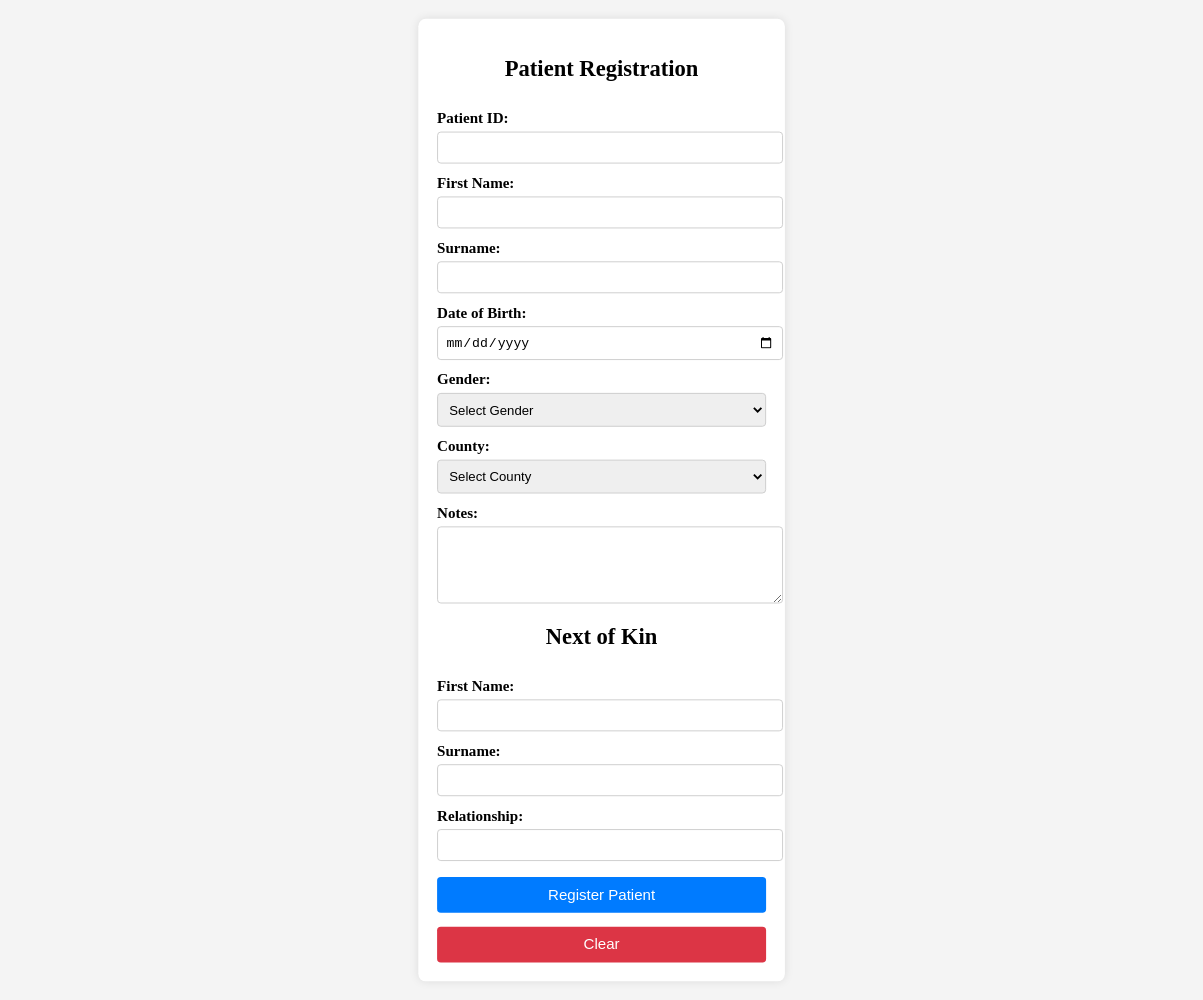
Repository: EphrahimLaanyu123/wsp
Page: Registration.html
An editor plug-in stored every save of this project. The page is shown before and after a run of saves, followed by the edit.
The browser window is 1280 px wide. The pictures show the whole page, at 94% of full size.

Above is the page before, as saved 2025-03-14 08:16:17.

### Registration.html
<!DOCTYPE html>
<html lang="en">
<head>
    <meta charset="UTF-8">
    <meta name="viewport" content="width=device-width, initial-scale=1.0">
    <title>Patient Registration</title>
    <link rel="stylesheet" href="styles.css">
</head>
<body>

    <section>
        <h1>Patient Registration</h1>
        <form id="registrationForm" action="registration.php" method="post" novalidate>
            <label for="patientId">Patient ID:</label>
            <input type="text" id="patientId" name="patientId" required>
            <span class="error" id="patientIdError"></span>

            <label for="firstName">First Name:</label>
            <input type="text" id="firstName" name="firstName" required>
            <span class="error" id="firstNameError"></span>

            <label for="surname">Surname:</label>
            <input type="text" id="surname" name="surname" required>
            <span class="error" id="surnameError"></span>

            <label for="dateOfBirth">Date of Birth:</label>
            <input type="date" id="dateOfBirth" name="dateOfBirth" required>
            <span class="error" id="dateOfBirthError"></span>

            <label for="gender">Gender:</label>
            <select id="gender" name="gender" required>
                <option value="">Select Gender</option>
                <option value="Male">Male</option>
                <option value="Female">Female</option>
                <option value="Other">Other</option>
            </select>
            <span class="error" id="genderError"></span>

            <label for="county">County:</label>
            <select id="county" name="county" required>
                <option value="">Select County</option>
                <option value="Nairobi">Nairobi</option>
                <option value="Mombasa">Mombasa</option>
                <option value="Kisumu">Kisumu</option>
            </select>
            <span class="error" id="countyError"></span>

            <label for="notes">Notes:</label>
            <textarea id="notes" name="notes" rows="4" cols="50"></textarea>
            <span class="error" id="notesError"></span>

            <h2>Next of Kin</h2>
            <label for="nokFirstName">First Name:</label>
            <input type="text" id="nokFirstName" name="nokFirstName" required>
            <span class="error" id="nokFirstNameError"></span>

            <label for="nokSurname">Surname:</label>
            <input type="text" id="nokSurname" name="nokSurname" required>
            <span class="error" id="nokSurnameError"></span>

            <label for="nokRelationship">Relationship:</label>
            <input type="text" id="nokRelationship" name="nokRelationship" required>
            <span class="error" id="nokRelationshipError"></span>

            <button type="submit">Register Patient</button>
            <button type="button" id="clearForm">Clear</button>
        </form>
    </section>

    <script src="script.js"></script>
    <script>
        const form = document.getElementById('registrationForm');
        const clearFormButton = document.getElementById('clearForm');

        form.addEventListener('submit', function(event) {
            event.preventDefault();
            let isValid = validateForm();
            if (isValid) {
                form.submit();
            }
        });

        clearFormButton.addEventListener('click', function() {
            form.reset();
            document.querySelectorAll('.error').forEach(error => error.textContent = '');
        });

        function validateForm() {
            let isValid = true;
            isValid &= validateField('patientId', 'Patient ID is required');
            isValid &= validateField('firstName', 'First Name is required');
            isValid &= validateField('surname', 'Surname is required');
            isValid &= validateField('dateOfBirth', 'Date of Birth is required');
            isValid &= validateDropdown('gender', 'Gender is required');
            isValid &= validateDropdown('county', 'County is required');
            isValid &= validateField('nokFirstName', 'Next of Kin First Name is required');
            isValid &= validateField('nokSurname', 'Next of Kin Surname is required');
            isValid &= validateField('nokRelationship', 'Next of Kin Relationship is required');
            return isValid;
        }

        function validateField(fieldId, errorMessage) {
            const field = document.getElementById(fieldId);
            const errorSpan = document.getElementById(fieldId + 'Error');
            if (field.value.trim() === '') {
                field.classList.add('invalid');
                errorSpan.textContent = errorMessage;
                return false;
            } else {
                field.classList.remove('invalid');
                errorSpan.textContent = '';
                return true;
            }
        }

        function validateDropdown(fieldId, errorMessage) {
            const field = document.getElementById(fieldId);
            const errorSpan = document.getElementById(fieldId + 'Error');
            if (field.value === '') {
                field.classList.add('invalid');
                errorSpan.textContent = errorMessage;
                return false;
            } else {
                field.classList.remove('invalid');
                errorSpan.textContent = '';
                return true;
            }
        }
    </script>
</body>
</html>

### styles.css


.header {
    padding: 2rem;
    background-color: aqua;
    display: flex;
    gap: 40rem;
}

.logo {
    width: 70px;
    height: 90px;
}

.nav {
    display: flex;
    justify-content: center;
    gap: 4rem;
    padding: 2rem;
    background-color: bisque;
}


.sectionaside {
    display: flex;
    justify-content: space-between;
}

.section {
    background-color: azure;
    width: 50%;
    justify-content: center;
    align-items: center;
    padding: 2rem;
    text-align: center;
}

.aside {
    background-color: blanchedalmond;
    width: 50%;
}












.error {
    color: red;
    font-size: 0.8em;
}

.invalid {
    border: 1px solid red;
}
#registrationForm {
    display: flex;
    flex-direction: column;
}

body {
    background-color: #f4f4f4;
    margin: 0;
    padding: 20px;
    display: flex;
    justify-content: center;
}

section {
    background: white;
    padding: 20px;
    border-radius: 8px;
    box-shadow: 0px 0px 10px rgba(0, 0, 0, 0.1);
    width: 350px;
}

h1, h2 {
    text-align: center;
}

form {
    display: flex;
    flex-direction: column;
}

label {
    font-weight: bold;
    margin-top: 10px;
}

input, select, textarea {
    width: 100%;
    padding: 8px;
    margin-top: 5px;
    border: 1px solid #ccc;
    border-radius: 4px;
    font-size: 14px;
}

input.invalid, select.invalid {
    border-color: red;
}

.error {
    color: red;
    font-size: 12px;
    margin-top: 2px;
}

button {
    margin-top: 15px;
    padding: 10px;
    border: none;
    background: #007bff;
    color: white;
    font-size: 16px;
    border-radius: 4px;
    cursor: pointer;
}

button:hover {
    background: #0056b3;
}

button#clearForm {
    background: #dc3545;
}

button#clearForm:hover {
    background: #b52b3a;
}

Loaded but not shown: script.js (no stored copy; drawn as an empty file); registration.css (no stored copy; drawn as an empty file)

After the next 2 saves:
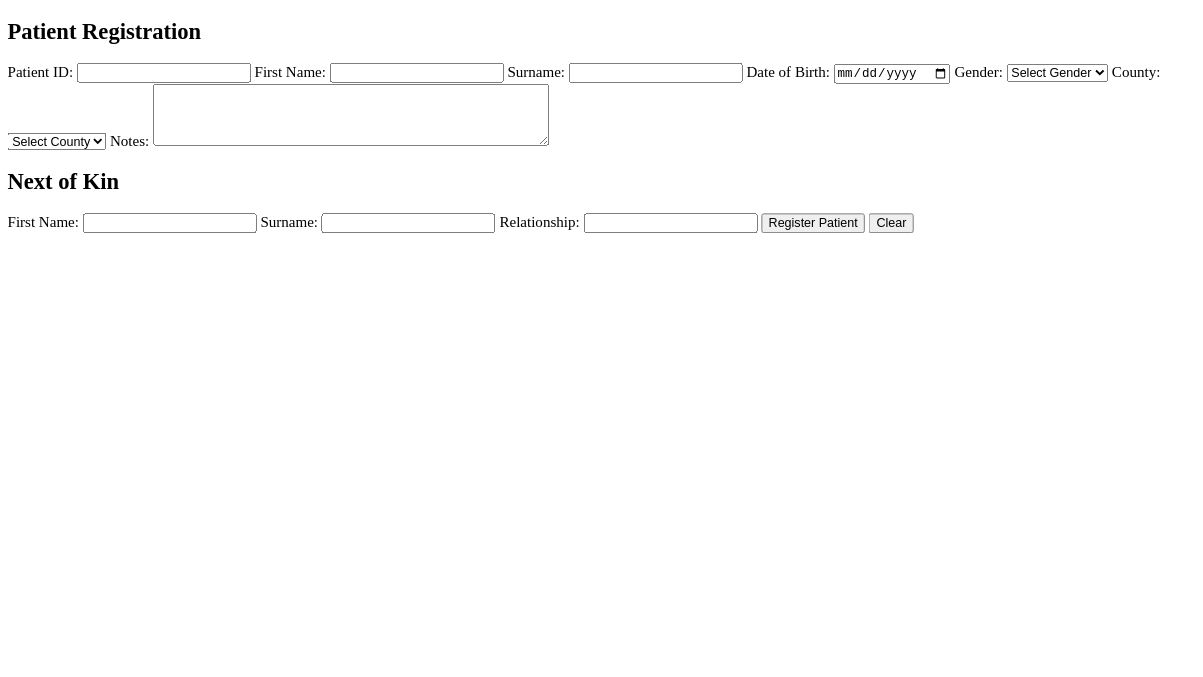
The 2 saves are shown as one change because they came seconds apart.
The last was saved 12 s later.
--- a/Registration.html
+++ b/Registration.html
@@ -4,7 +4,7 @@
     <meta charset="UTF-8">
     <meta name="viewport" content="width=device-width, initial-scale=1.0">
     <title>Patient Registration</title>
-    <link rel="stylesheet" href="styles.css">
+    <link rel="stylesheet" href="registration.css">
 </head>
 <body>
 
